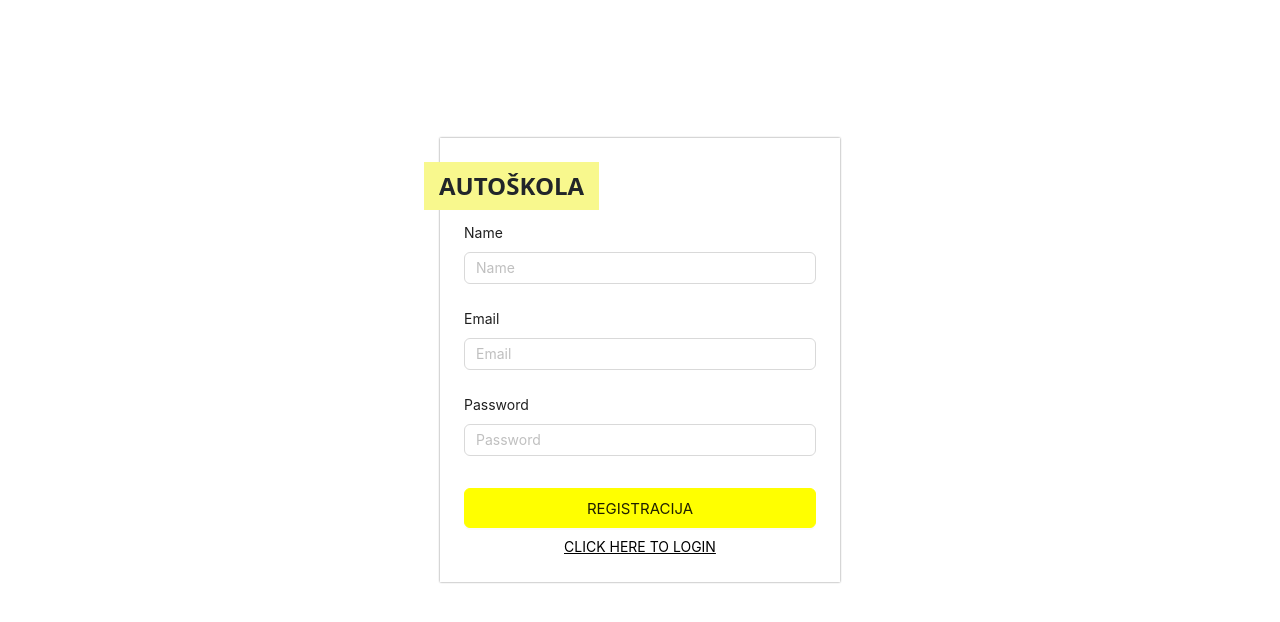
Repository: jbabicsus/okviri
Page: /registracija (app in autoskola/)
An editor plug-in stored every save of this project. The page is shown before and after the next save, followed by the edit.
The browser window is 1280 px wide. The pictures show the whole page.
The project was rebuilt for these pictures with package versions that can differ from the ones it lists, and the page was loaded fresh each time. Also part of the build but not shown: autoskola/src/stranice/Login.js.

Above is the page before, as saved 2024-05-12 14:19:52.

### autoskola/public/index.html
<!DOCTYPE html>
<html lang="en">
  <head>
    <meta charset="utf-8" />
    <link rel="icon" href="%PUBLIC_URL%/favicon.ico" />
    <meta name="viewport" content="width=device-width, initial-scale=1" />
    <meta name="theme-color" content="#000000" />
    <meta
      name="description"
      content="Web site created using create-react-app"
    />
    <link rel="apple-touch-icon" href="%PUBLIC_URL%/logo192.png" />

    <link rel="manifest" href="%PUBLIC_URL%/manifest.json" />

    <link href="https://cdn.jsdelivr.net/npm/bootstrap@5.3.3/dist/css/bootstrap.min.css" rel="stylesheet" integrity="sha384-QWTKZyjpPEjISv5WaRU9OFeRpok6YctnYmDr5pNlyT2bRjXh0JMhjY6hW+ALEwIH" crossorigin="anonymous">

    <title>React App</title>
  </head>
  <body>
    <noscript>You need to enable JavaScript to run this app.</noscript>
    <div id="root"></div>

  </body>
</html>

### autoskola/src/index.js
import React from 'react';
import ReactDOM from 'react-dom/client';
import './index.css';
import 'antd/dist/reset.css';
import App from './App';
import reportWebVitals from './reportWebVitals';

const root = ReactDOM.createRoot(document.getElementById('root'));
root.render(
  <React.StrictMode>
    <App />
  </React.StrictMode>
);

// If you want to start measuring performance in your app, pass a function
// to log results (for example: reportWebVitals(console.log))
// or send to an analytics endpoint. Learn more: https://bit.ly/CRA-vitals
reportWebVitals();

### autoskola/src/index.css
input{
  border-radius: 0;
  border: 1px solid gray;
}


/* cijela app*/

.kartica-naslov{
  font-size: 1.5rem;
  font-weight: bold;
}
.normal-text{
  font-size: 1rem;
}

.registracija-btn{
  background-color: yellow;
  border-color: yellow;
  height: 40px;
  width: 100%;
  font-size: 15px;
}

.a{
  color: black;
  text-decoration: underline;
  font: 15px;
  margin-left: 100px;

}



/* autentifikacija */
.autentifikacija{
  height: 100vh;
  display: flex;
  align-items: center;
  justify-content: center;
}

.kartica{
  width: 400px;
  box-shadow: 0 0 2px gray;
  border-radius: 0;
}

.autentifikacija .kartica-naslov{
  font-weight: bold;
  background-color: rgb(248, 248, 141);
  max-width: max-content;
  padding: 10px 15px;
  margin-left: -40px;
}

### autoskola/src/App.js
import React from 'react';
import 'antd/dist/reset.css';
import {Routes, Route, BrowserRouter} from 'react-router-dom'
import Login from './stranice/Login'
import Registracija from './stranice/Registracija'
import {Button} from 'antd'
function App() {
  return (
    <BrowserRouter>
      <Routes>
        <Route path='/login' element={<Login />}/>
        <Route path='/registracija' element={<Registracija />}/>



      </Routes>
    </BrowserRouter>
  );
}

export default App;

### autoskola/src/stranice/Registracija.js

import {Button , Form, Input, Link} from 'antd';
import React from 'react';

function Registracija(){
    return(
        <div className='autentifikacija'>
            <div className='kartica p-4'>
                <h1 className='kartica-naslov'>AUTOŠKOLA</h1>
                <Form layout='vertical'>
                    <Form.Item label='Name' name='name'>
                        <Input placeholder='Name'/>
                    </Form.Item>

                    <Form.Item label='Email' name='email'>
                        <Input placeholder='Email'/>
                    </Form.Item>

                    <Form.Item label='Password' name='password'>
                        <Input placeholder='Password'/>
                    </Form.Item>

                    <Button className='registracija-btn my-2'>REGISTRACIJA</Button>

                    <a href='/login' className='a mt-4'>CLICK HERE TO LOGIN</a>
                </Form>

            </div>
        </div>
    )
}

export default Registracija

Loaded but not shown: autoskola/src/reportWebVitals.js (common file)

After the next save:
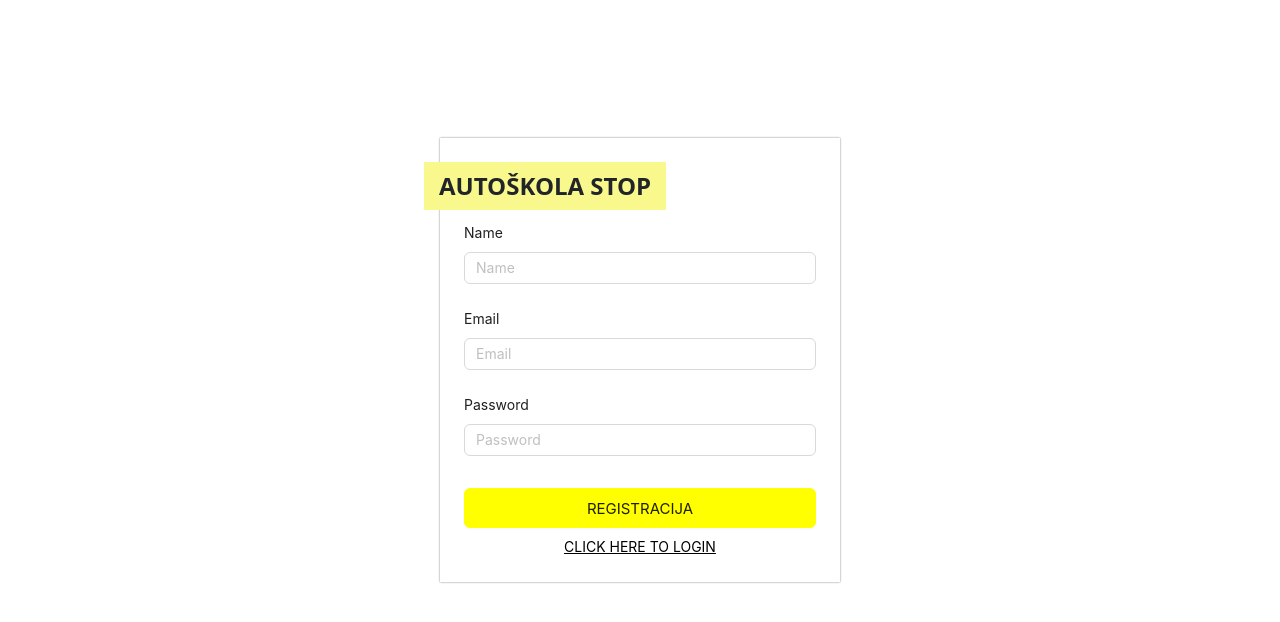
Saved 15 s later.
--- a/autoskola/src/stranice/Registracija.js
+++ b/autoskola/src/stranice/Registracija.js
@@ -6,7 +6,7 @@ function Registracija(){
     return(
         <div className='autentifikacija'>
             <div className='kartica p-4'>
-                <h1 className='kartica-naslov'>AUTOŠKOLA</h1>
+                <h1 className='kartica-naslov'>AUTOŠKOLA STOP</h1>
                 <Form layout='vertical'>
                     <Form.Item label='Name' name='name'>
                         <Input placeholder='Name'/>
